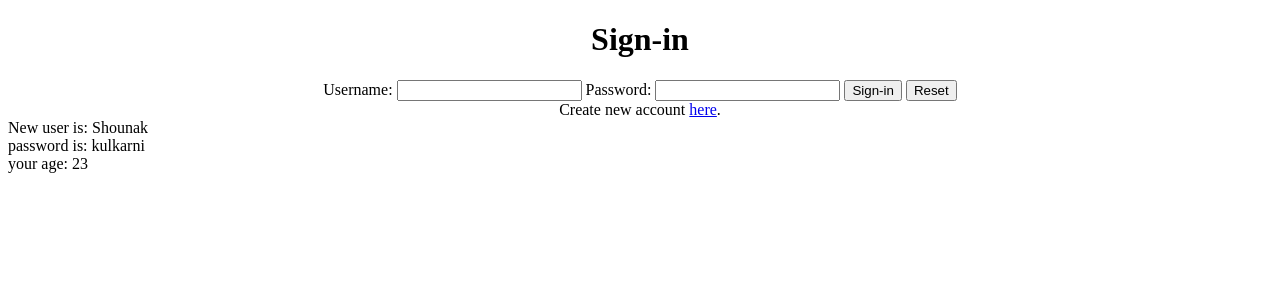
Repository: shounakmk219/training
Page: http://localhost/Fakebook/
The author's editor kept a copy of each file at every save. The page is drawn from the files as they stood at one save, then again after the next save.
The browser window is 1280 px wide. The pictures show the whole page.
The page is served by Tomcat 9.

Above is the page before, as saved 2019-07-10 10:08:42.

After the next save:
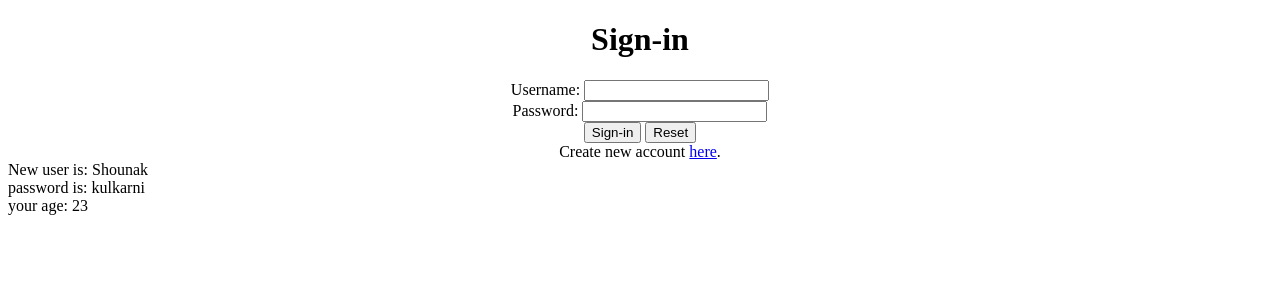
Saved 49 s later.
--- a/week2/Fakebook/WebContent/index.jsp
+++ b/week2/Fakebook/WebContent/index.jsp
@@ -10,8 +10,8 @@
 <center>
 	<h1>Sign-in</h1>
 	<form action="sign-in" method="post">
-		Username: <input type="text" name="uname"/>
-		Password: <input type="password" name="pass"/>
+		Username: <input type="text" name="uname"/><br>
+		Password: <input type="password" name="pass"/><br>
 		<input type="submit" value="Sign-in">
 		<input type="reset" value="Reset">
 	</form>
